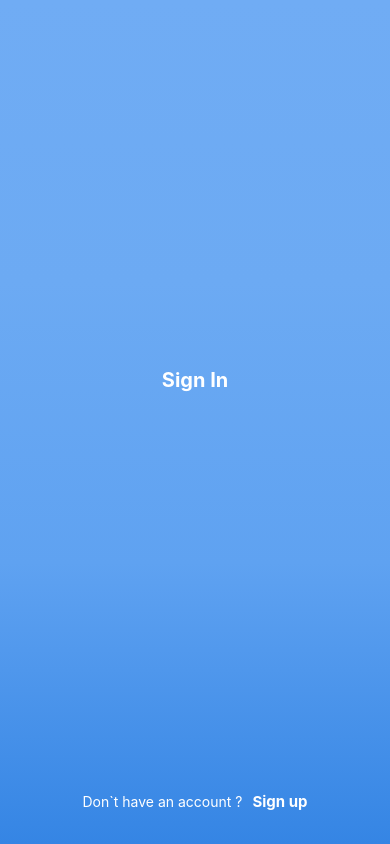
Repository: kamarajcalm/loginpage
Screen: /
These files come from the project's save history. The screen is drawn as it stood at one moment and after the next save; the edit follows.
The app was drawn by React Native's web renderer in a window 390 px wide. The project was rebuilt for these pictures with package versions that can differ from the ones it lists, and the page was loaded fresh each time.

Above is the screen before, as saved 2021-12-25 23:51:23.

### App.js
import { StatusBar } from 'expo-status-bar';
import { StyleSheet, Text, View, TouchableOpacity } from 'react-native';
import { LinearGradient } from 'expo-linear-gradient';

export default function App() {
  return (
    <LinearGradient style={styles.container}
      colors={["#70ACF4", '#6CAAF3', "#5FA2F1", "#3585E4",]}
    >

      <StatusBar style="auto" />

      <View style={styles.content}>
        <View>
          <Text style={[styles.text, { fontSize: 20, fontWeight: "bold" }]}>Sign In</Text>
        </View>
      </View>
      <View style={styles.footer}>
        <View>
          <Text style={styles.text}>Don`t have an account ?</Text>
        </View>
        <TouchableOpacity style={{ marginLeft: 10 }}>
          <Text style={[styles.text, { fontWeight: "bold", fontSize: 15 }]}>Sign up</Text>
        </TouchableOpacity>
      </View>
    </LinearGradient>
  );
}

const styles = StyleSheet.create({
  container: {
    flex: 1,

  },

  content: {
    flex: 0.9,
    alignItems: "center",
    justifyContent: "center"
  },
  footer: {
    flex: 0.1,
    flexDirection: "row",
    alignItems: "center",
    justifyContent: "center"
  },
  text: {
    color: "#fff"
  }
});

After the next save:
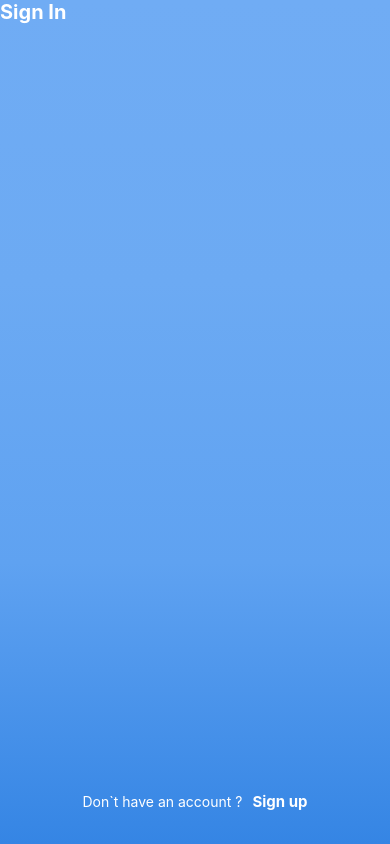
Saved 52 s later.
--- a/App.js
+++ b/App.js
@@ -32,11 +32,13 @@ const styles = StyleSheet.create({
     flex: 1,
 
   },
-
+  center: {
+    alignItems: "center",
+    justifyContent: "center"
+  },
   content: {
     flex: 0.9,
-    alignItems: "center",
-    justifyContent: "center"
+
   },
   footer: {
     flex: 0.1,
